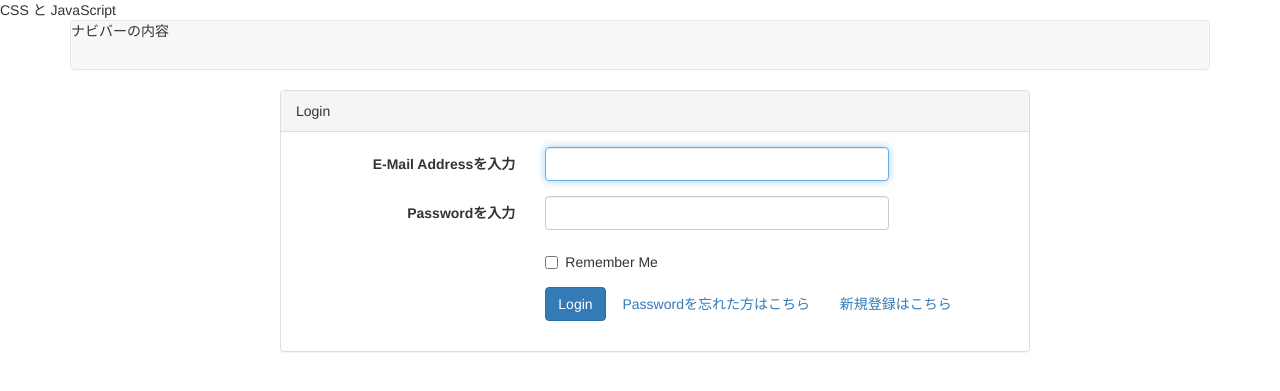
Repository: inukaihiroyuki/REOS
Page: http://localhost/login
The author's editor kept a record of every edit. The page is drawn from the files as they stood at one moment, then again after the next edit.
The browser window is 1280 px wide. The pictures show the whole page.
The page is served by the project's Laravel application, run on PHP 8.4 with Laravel 8.

Above is the page before.

After the next edit:
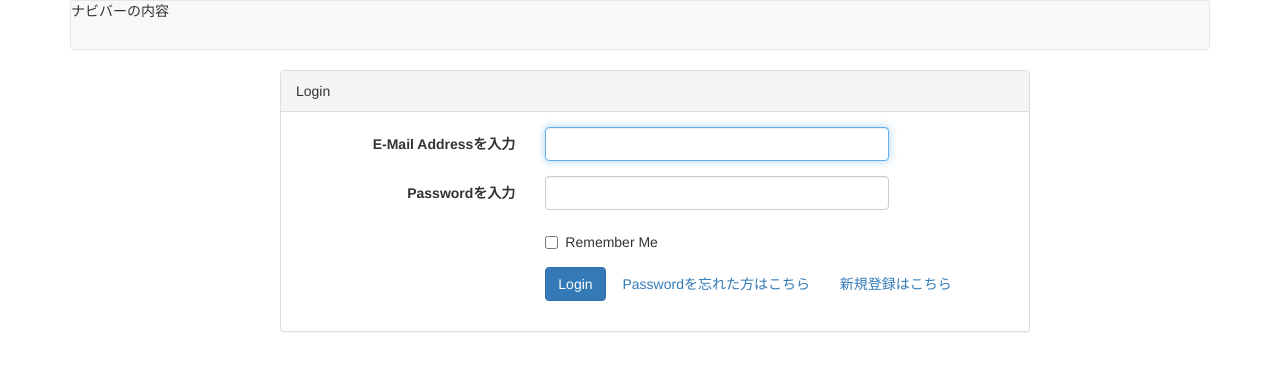
The edit:
--- a/cms/resources/views/layouts/app.blade.php
+++ b/cms/resources/views/layouts/app.blade.php
@@ -3,7 +3,7 @@
 <html lang="ja">
 <head>
 <title>Book List</title>
- CSS と JavaScript
+ <!--CSS と JavaScript -->
 <link rel="stylesheet" href="https://stackpath.bootstrapcdn.com/bootstrap/3.3.4/css/bootstrap.min.css" integrity="sha384-ggOyR0iXCbMQv3Xipma34MD+dH/1fQ784/j6cY/iJTQUOhcWr7x9JvoRxT2MZw1T" crossorigin="anonymous">
 </head>
 <body>
